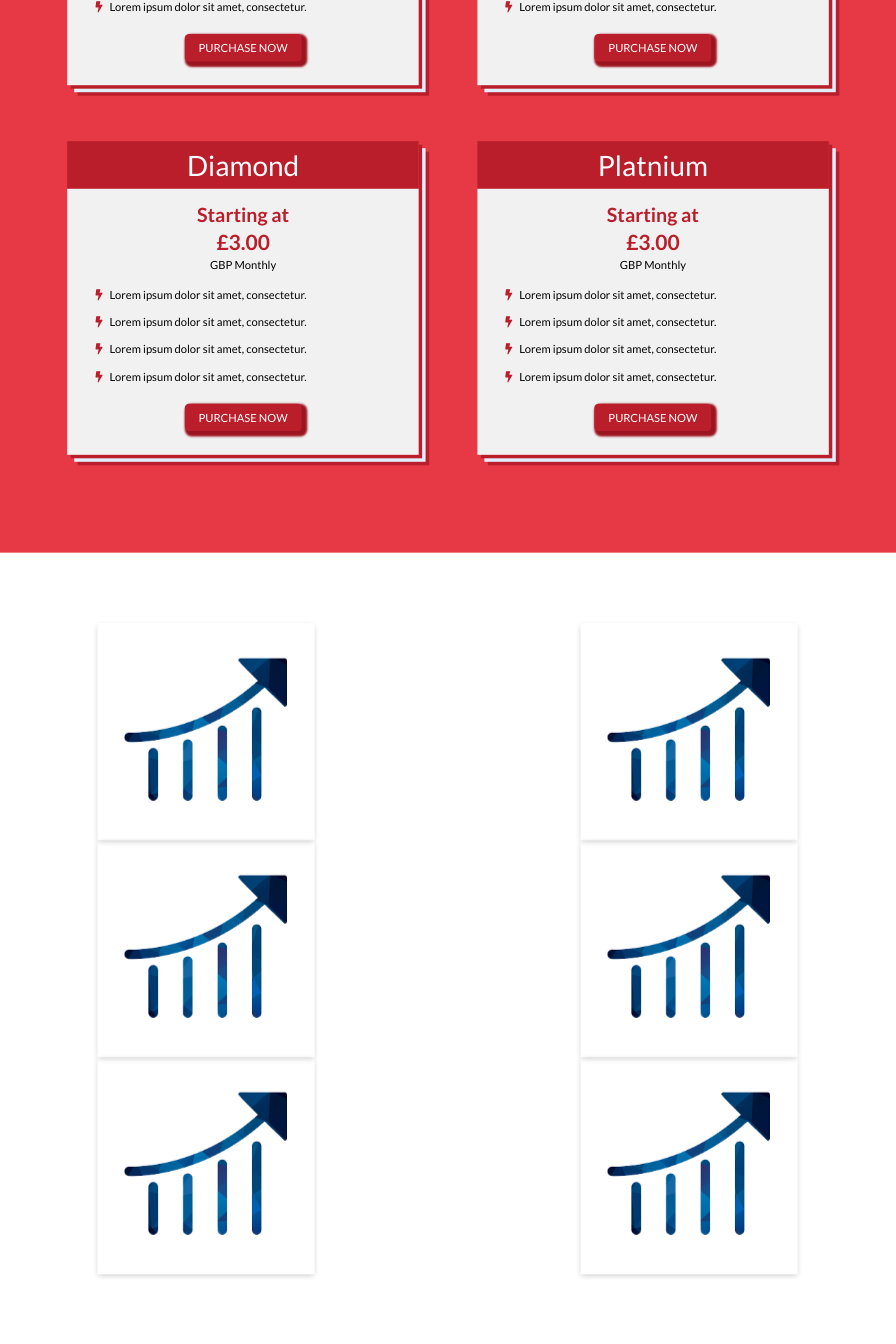
Repository: CallumS19/energise-hosting-project
Page: http://localhost/
The author's editor kept a record of every edit. The page is drawn from the files as they stood at one moment, then again after the next edit.
The browser window is 1280 px wide. The pictures show the part of the page from y = 1714 to 3634 px (the page is 3634 px tall before and 3604 px after), at 70% of full size.
Backgrounds fixed to the window are drawn as part of the page. Some web libraries are served in a nearby version. The page is run by PHP 8.4 with error messages shown; the project is at /var/www/html/.

Above is the page before.

### workspace/index.php
<!DOCTYPE html>
<html lang="en">
    <head>
        <title>Energise-Hosting</title>
        <meta charset="UTF-8">
        <meta name="viewport" content="width=device-width, initial-scale=1.0">
        <meta http-equiv="X-UA-Compatible" content="ie=edge">
        <meta name="author" content="Callum Spiers, h3h394">
        <meta name="description" content="Energised-Hosting is a web hosting company that offers a wide range of website hosting plans">
        <meta name="keywords" content="Web Hosting, Hosting, Energise-Hosting, Html, Css, javascript, PhP, Callum Spiers">
        <link href="https://fonts.googleapis.com/css?family=Lato:100,100i,300,300i,400,400i,700,700i,900,900i" rel="stylesheet">
        <link rel="stylesheet" href="https://use.fontawesome.com/releases/v5.8.2/css/all.css" integrity="sha384-oS3vJWv+0UjzBfQzYUhtDYW+Pj2yciDJxpsK1OYPAYjqT085Qq/1cq5FLXAZQ7Ay" crossorigin="anonymous">
        <link rel="stylesheet" href="css/frontend.css" type="text/css">
    </head>
    <body>
        <nav>
            <div class="container">
                <div class="logo">
                    <img src="img/EHLogoNav.jpg" alt="logo">
                </div>
                <div class="list">
                    <a href="#" class="active">Home</a>
                    <a href="#">About</a>
                    <a href="#">Contact</a>
                    <a href="#">Register/Login</a>
                </div>
            </div>
        </nav>

        <section class="main">
            <div class="overlay"></div>
        </section>

            <section class="pricing">
                <div class="container">
                    <div class="card">
                        <div class="card-title">
                            <h2>Basic</h2>
                        </div>
                        <div class="card-info">
                            <h3>Starting at</h3>
                            <h4>&pound;3.00</h4>
                            <span>GBP Monthly</span>
                            <div class="card-desc">
                                <div>
                                    <i class="fas fa-bolt"></i>
                                    <p>Lorem ipsum dolor sit amet, consectetur.</p>
                                </div>
                                <div>
                                    <i class="fas fa-bolt"></i>
                                    <p>Lorem ipsum dolor sit amet, consectetur.</p>
                                </div>
                                <div>
                                    <i class="fas fa-bolt"></i>
                                    <p>Lorem ipsum dolor sit amet, consectetur.</p>
                                </div>
                                <div>
                                    <i class="fas fa-bolt"></i>
                                    <p>Lorem ipsum dolor sit amet, consectetur.</p>
                                </div>
                                <div>
                                    <a href="#" class="btn">Purchase Now</a>
                                </div>
                            </div>
                        </div>
                    </div>
                    <div class="card">
                        <div class="card-title">
                            <h2>Most Popular</h2>
                            <h2 class="hidden">Starter Pack</h2>
                        </div>
                        <div class="card-info">
                            <h3>Starting at</h3>
                            <h4>&pound;3.00</h4>
                            <span>GBP Monthly</span>
                            <div class="card-desc">
                                <div>
                                    <i class="fas fa-bolt"></i>
                                    <p>Lorem ipsum dolor sit amet, consectetur.</p>
                                </div>
                                <div>
                                    <i class="fas fa-bolt"></i>
                                    <p>Lorem ipsum dolor sit amet, consectetur.</p>
                                </div>
                                <div>
                                    <i class="fas fa-bolt"></i>
                                    <p>Lorem ipsum dolor sit amet, consectetur.</p>
                                </div>
                                <div>
                                    <i class="fas fa-bolt"></i>
                                    <p>Lorem ipsum dolor sit amet, consectetur.</p>
                                </div>
                                <div>
                                    <a href="#" class="btn">Purchase Now</a>
                                </div>
                            </div>
                        </div>
                    </div>
                    <div class="card">
                        <div class="card-title">
                            <h2>Silver</h2>
                        </div>
                        <div class="card-info">
                            <h3>Starting at</h3>
                            <h4>&pound;3.00</h4>
                            <span>GBP Monthly</span>
                            <div class="card-desc">
                                <div>
                                    <i class="fas fa-bolt"></i>
                                    <p>Lorem ipsum dolor sit amet, consectetur.</p>
                                </div>
                                <div>
                                    <i class="fas fa-bolt"></i>
                                    <p>Lorem ipsum dolor sit amet, consectetur.</p>
                                </div>
                                <div>
                                    <i class="fas fa-bolt"></i>
                                    <p>Lorem ipsum dolor sit amet, consectetur.</p>
                                </div>
                                <div>
                                    <i class="fas fa-bolt"></i>
                                    <p>Lorem ipsum dolor sit amet, consectetur.</p>
                                </div>
                                <div>
                                    <a href="#" class="btn">Purchase Now</a>
                                </div>
                            </div>
                        </div>
                    </div>
                    <div class="card">
                        <div class="card-title">
                            <h2>Gold</h2>
                        </div>
                        <div class="card-info">
                            <h3>Starting at</h3>
                            <h4>&pound;3.00</h4>
                            <span>GBP Monthly</span>
                            <div class="card-desc">
                                <div>
                                    <i class="fas fa-bolt"></i>
                                    <p>Lorem ipsum dolor sit amet, consectetur.</p>
                                </div>
                                <div>
                                    <i class="fas fa-bolt"></i>
                                    <p>Lorem ipsum dolor sit amet, consectetur.</p>
                                </div>
                                <div>
                                    <i class="fas fa-bolt"></i>
                                    <p>Lorem ipsum dolor sit amet, consectetur.</p>
                                </div>
                                <div>
                                    <i class="fas fa-bolt"></i>
                                    <p>Lorem ipsum dolor sit amet, consectetur.</p>
                                </div>
                                <div>
                                    <a href="#" class="btn">Purchase Now</a>
                                </div>
                            </div>
                        </div>
                    </div>
                    <div class="card">
                        <div class="card-title">
                            <h2>Diamond</h2>
                        </div>
                        <div class="card-info">
                            <h3>Starting at</h3>
                            <h4>&pound;3.00</h4>
                            <span>GBP Monthly</span>
                            <div class="card-desc">
                                <div>
                                    <i class="fas fa-bolt"></i>
                                    <p>Lorem ipsum dolor sit amet, consectetur.</p>
                                </div>
                                <div>
                                    <i class="fas fa-bolt"></i>
                                    <p>Lorem ipsum dolor sit amet, consectetur.</p>
                                </div>
                                <div>
                                    <i class="fas fa-bolt"></i>
                                    <p>Lorem ipsum dolor sit amet, consectetur.</p>
                                </div>
                                <div>
                                    <i class="fas fa-bolt"></i>
                                    <p>Lorem ipsum dolor sit amet, consectetur.</p>
                                </div>
                                <div>
                                    <a href="#" class="btn">Purchase Now</a>
                                </div>
                            </div>
                        </div>
                    </div>
                    <div class="card">
                        <div class="card-title">
                            <h2>Platnium</h2>
                        </div>
                        <div class="card-info">
                            <h3>Starting at</h3>
                            <h4>&pound;3.00</h4>
                            <span>GBP Monthly</span>
                            <div class="card-desc">
                                <div>
                                    <i class="fas fa-bolt"></i>
                                    <p>Lorem ipsum dolor sit amet, consectetur.</p>
                                </div>
                                <div>
                                    <i class="fas fa-bolt"></i>
                                    <p>Lorem ipsum dolor sit amet, consectetur.</p>
                                </div>
                                <div>
                                    <i class="fas fa-bolt"></i>
                                    <p>Lorem ipsum dolor sit amet, consectetur.</p>
                                </div>
                                <div>
                                    <i class="fas fa-bolt"></i>
                                    <p>Lorem ipsum dolor sit amet, consectetur.</p>
                                </div>
                                <div>
                                    <a href="#" class="btn">Purchase Now</a>
                                </div>
                            </div>
                        </div>
                    </div>
                </div>
            </section>

            <section class="features">
                <div class="container">
                    <div class="f-card">
                      <div class="f-card-inner">
                        <div class="f-card-front">
                          <img src="img/feature_avatar.png" alt="Avatar" style="width:300px;height:300px;">
                        </div>
                        <div class="f-card-back">
                          <h1>High Performance</h1>
                          <p>Expect only the best and the fastest when purchasing a service from us.</p>
                        </div>
                      </div>
                    </div>
                    <div class="f-card">
                      <div class="f-card-inner">
                        <div class="f-card-front">
                          <img src="img/feature_avatar.png" alt="Avatar" style="width:300px;height:300px;">
                        </div>
                        <div class="f-card-back">
                          <h1>99.99% Uptime</h1>
                          <p>We aim to be the most reliable provider with 99.99% uptime.</p>
                        </div>
                      </div>
                    </div>
                    <div class="f-card">
                      <div class="f-card-inner">
                        <div class="f-card-front">
                          <img src="img/feature_avatar.png" alt="Avatar" style="width:300px;height:300px;">
                        </div>
                        <div class="f-card-back">
                          <h1>Powerful Network</h1>
                          <p>With fast download & upload speeds, and powerful DDoS protection, you can't go wrong.</p>
                        </div>
                      </div>
                    </div>
                    <div class="f-card">
                      <div class="f-card-inner">
                        <div class="f-card-front">
                          <img src="img/feature_avatar.png" alt="Avatar" style="width:300px;height:300px;">
                        </div>
                        <div class="f-card-back">
                          <h1>High Performance</h1>
                          <p>Expect only the best and the fastest when purchasing a service from us.</p>
                        </div>
                      </div>
                    </div>
                    <div class="f-card">
                      <div class="f-card-inner">
                        <div class="f-card-front">
                          <img src="img/feature_avatar.png" alt="Avatar" style="width:300px;height:300px;">
                        </div>
                        <div class="f-card-back">
                          <h1>High Performance</h1>
                          <p>Expect only the best and the fastest when purchasing a service from us.</p>
                        </div>
                      </div>
                    </div>
                    <div class="f-card">
                      <div class="f-card-inner">
                        <div class="f-card-front">
                          <img src="img/feature_avatar.png" alt="Avatar" style="width:300px;height:300px;">
                        </div>
                        <div class="f-card-back">
                          <h1>High Performance</h1>
                          <p>Expect only the best and the fastest when purchasing a service from us.</p>
                        </div>
                      </div>
                    </div>
                </div>
            </section>
            <script type="text/javascript" src="https://cdnjs.cloudflare.com/ajax/libs/jquery/3.4.1/jquery.min.js"></script>
            <script type="text/javascript" src="js/onScroll.js"></script>
    </body>
</html>

### workspace/css/frontend.css
* {
    box-sizing: border-box;
}

body {
    margin: 0;
    padding: 0;
    font-family: 'Lato', sans-serif;
}

nav {
    width: 100%;
    position: fixed;
    top: 0;
    z-index: 4;
}

nav .container {
    width: 100%;
    max-width: 880px;
    margin: 0 auto;
    padding: 10px 0;
    display: flex;
    justify-content: space-between;
    align-items: center;
}

nav .logo img {
    width: 100%;
    height: 100%;
    display: block;
}

nav .list a {
    text-decoration: none;
    text-transform: capitalize;
    color: #fff;
    font-size: 20px;
    font-weight: 300;
    margin: 0 8px;
    transition: .5s ease-in-out;
}

.main {
    width: 100%;
    background: url('../img/Home-welcome-banner.jpg') no-repeat center center;
    background-size: cover;
    background-attachment: fixed;
    position: relative;
    min-height: 100vh;
}

.main .overlay {
    position: absolute;
    top: 0;
    right: 0;
    bottom: 0;
    left: 0;
    background: #000;
    opacity: .2;
}
/* Website Plans */
.pricing {
    width: 100%;
    padding: 100px 0;
    background: #e63845;
}

.pricing .container {
    display: flex;
    justify-content: space-between;
    max-width: 1350px;
    margin: 0 auto;
    flex-wrap: wrap;
}

.pricing .card {
    margin: 40px 0;
    width: 100%;
    max-width: 350px;
    transition: .6s ease-in-out;
    box-shadow: 5px 5px 0px 0px #b91e2a, 10px 10px 0px 0px #E1EEFF, 15px 15px 0px 0px #b91e2a, 5px 5px 15px 5px rgba(0, 0, 0, 0);
}

.pricing .card:hover .card-info .card-desc .btn {
    transform: scale(1.05);
}

.pricing .card:nth-child(2) {
    transform: translateY(-40px);
    box-shadow: 5px 5px 0px 0px #b91e2a, 10px 10px 0px 0px #E1EEFF, 15px 15px 0px 0px #b91e2a, 20px 20px 0px 0px #E1EEFF, 25px 25px 0px 0px #b91e2a, 5px 5px 15px 5px rgba(0, 0, 0, 0);
    animation: h3h394 6s infinite;
}

.pricing .card:nth-child(2) .hidden {
    display: none;
}

.pricing .card:nth-child(2):hover h2 {
    display: none;
}

.pricing .card:nth-child(2):hover .hidden {
    display: block;
}

.pricing .card:nth-child(2):hover {
    animation-play-state: paused;
}

@keyframes h3h394{
    0%{
        transform: translateY(0);
    }
    50%{
        transform: translateY(-40px);
    }
    100%{
        transform: translateY(0);
    }
}

/*.pricing .card:nth-child(3) {
    transform: translateY(30px);
}*/

.pricing .card .card-title {
    padding: 10px 0;
    background: #b91e2a;
    text-align: center;
}

.pricing .card .card-title h2 {
    margin: 0;
    color: #fff;
    font-weight: 400;
    font-size: 40px;
}

.pricing .card .card-info {
    background: #f1f1f1;
    text-align: center;
    padding: 20px 40px;
}

.pricing .card .card-info h3 {
    margin: 0;
    color: #b91e2a;
    font-size: 28px;
    font-weight: 600;
}

.pricing .card .card-info h4 {
    color: #b91e2a;
    font-size: 30px;
    margin: 4px 0;
}

.pricing .card .card-info span {
    color: #000;
    font-weight: 500;
}

.pricing .card .card-info .card-desc {
    width: 100%;
    padding: 14px 0;
}

.pricing .card .card-info .card-desc i {
    color: #b91e2a;
    margin-right: 10px;
}

.pricing .card .card-info .card-desc p {
    margin: 10px 0;
}

.pricing .card .card-info .card-desc .btn {
    text-decoration: none;
    text-transform: uppercase;
    background: #b91e2a;
    color: #fff;
    padding: 10px 20px;
    margin: 20px auto 0 auto;
    border-radius: 6px;
    transition: .6s ease-in-out;
    box-shadow: 4px 4px 3px 4px #9c1420;
}

.pricing .card .card-info .card-desc .btn:hover {
    box-shadow: 4px 4px 3px 4px #5f0b12;
}

.pricing .card .card-info .card-desc div {
    display: flex;
    align-items: center;
}

/* Server Features */
.features {
    width: 100%;
    padding: 100px 0;
    background: #fff;
    display: flex;
    justify-content: center;
}

.features .container {
    display: flex;
    justify-content: space-between;
    max-width: 1200px;
    margin: 0 auto;
    flex-wrap: wrap;
}

.features .f-card {
  background-color: transparent;
  width: 100%;
  max-width: 310px;
  height: 310px;
  perspective: 1000px;
  margin-right: 100px;
  margin-left: 100px;
}

.features .f-card-inner {
  position: relative;
  width: 100%;
  height: 100%;
  text-align: center;
  transition: transform 0.6s;
  transform-style: preserve-3d;
  box-shadow: 0 4px 8px 0 rgba(0,0,0,0.2);
}

.features .f-card:hover .f-card-inner {
  transform: rotateY(180deg);
}

.features .f-card-front, .f-card-back {
  position: absolute;
  width: 100%;
  height: 100%;
  backface-visibility: hidden;
}

.features .f-card-front {
  background-color: transparent;
  color: black;
}

.features .f-card-back {
  background-color: #fff;
  color: #b91e2a;
  transform: rotateY(180deg);
  padding: 10px;
}

@media(max-width: 1190px) {
    .pricing .container {
        flex-direction: column;
        align-items: center;
    }
    .pricing .card {
        max-width: 76%;
        margin: 50px 0;
    }
    .pricing .card:nth-child(2) {
        transform: translateY(0px);
    }
    .pricing .card:nth-child(3) {
        transform: translateY(0px);
    }
    .pricing .card .card-info .card-desc div {
        justify-content: center;
    }
}

@media(min-width: 1191px) and (max-width: 1830px) {
    .pricing .container {
        flex-wrap: wrap;
        justify-content: space-evenly;
        max-width: 98%;
    }
    .pricing .card {
        max-width: 40%;
        margin: 40px 0;
        transition: 1s ease;
    }
    .pricing .card:nth-child(2) {
        transform: translateY(0px);
    }
    .pricing .card:nth-child(3) {
        transform: translateY(0px);
    }
}

@media (max-width: 1000px) {
    nav .container {
        max-width: 90%;
        flex-direction: column;
    }
    nav .list {
        margin: 10px 0 4px 0;
    }
}

### workspace/js/onScroll.js
$(document).ready(function(){
  $(window).scroll(function(){
  	var scroll = $(window).scrollTop();
	  if (scroll > 870) {
	    $("nav").css("background" , "#b91e2a");
	  }

	  else{
		  $("nav").css("background" , "transparent");
	  }
  })
})

After the next edit:
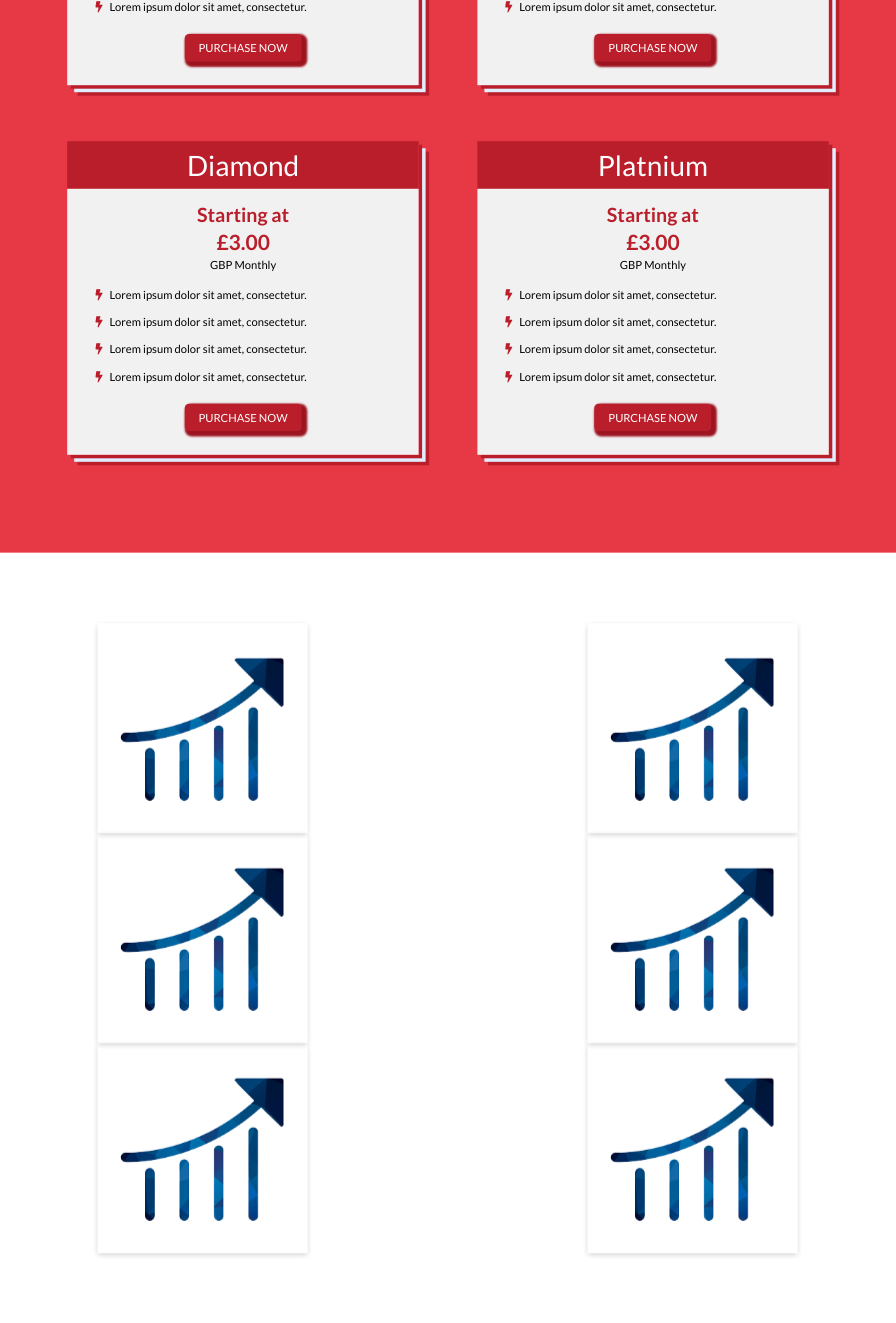
The edit:
--- a/workspace/css/frontend.css
+++ b/workspace/css/frontend.css
@@ -216,8 +216,8 @@
 .features .f-card {
   background-color: transparent;
   width: 100%;
-  max-width: 310px;
-  height: 310px;
+  max-width: 300px;
+  height: 300px;
   perspective: 1000px;
   margin-right: 100px;
   margin-left: 100px;
